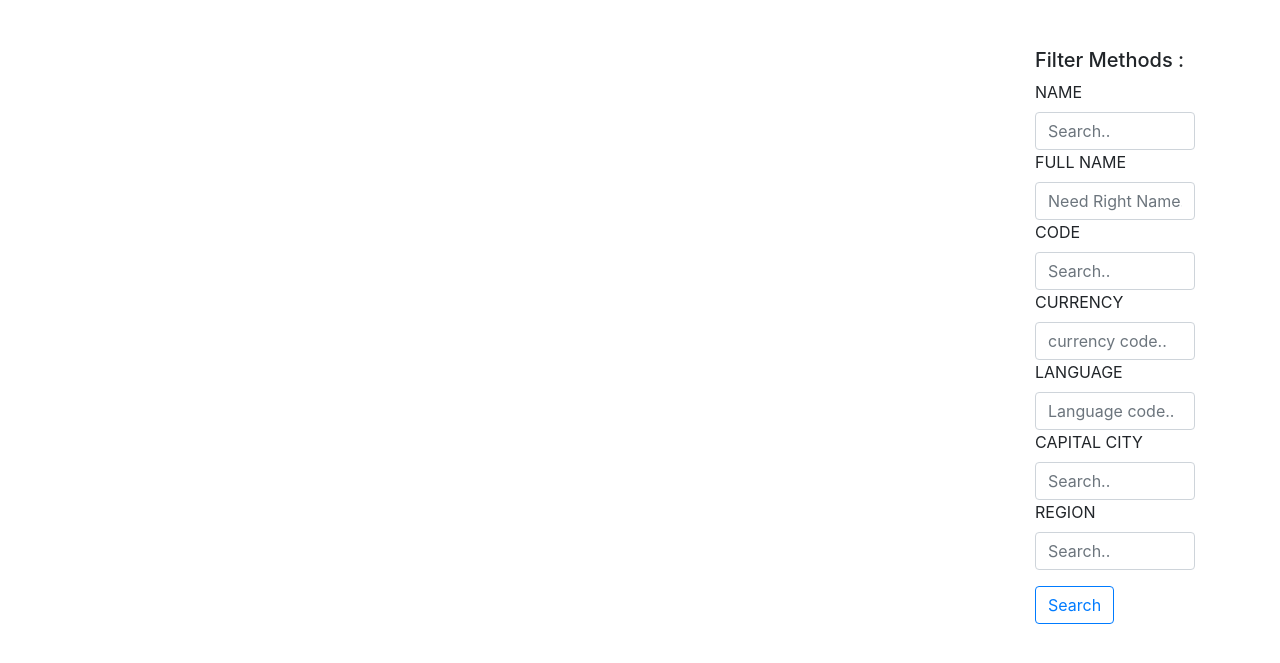
Repository: mdtahsinamin/react-intensip-task
Page: /home
An editor plug-in stored every save of this project. The page is shown before and after the next save, followed by the edit.
The browser window is 1280 px wide. The pictures show the whole page.
The page's requests for data from a server got no answer. The project was rebuilt for these pictures with package versions that can differ from the ones it lists, and the page was loaded fresh each time. No one was signed in, and anything a server would have sent is missing. Also part of the build but not shown: src/components/Home/Countries.js.

Above is the page before, as saved 2021-01-23 00:53:26.

### src/index.js
import React from 'react';
import ReactDOM from 'react-dom';
import './index.css';
import App from './App';
import reportWebVitals from './reportWebVitals';
import 'bootstrap/dist/css/bootstrap.min.css';
ReactDOM.render(
  <>
  <React.StrictMode>
    <App />
  </React.StrictMode>
  </>,
  document.getElementById('root')
);

// If you want to start measuring performance in your app, pass a function
// to log results (for example: reportWebVitals(console.log))
// or send to an analytics endpoint. Learn more: https://bit.ly/CRA-vitals
reportWebVitals();

### src/App.js
import {lazy, Suspense} from "react";
import {
  BrowserRouter as Router,
  Switch,
  Route,
} from "react-router-dom";

function App() {
  return (
  <>
    <Suspense fallback={<div>Loading...</div>}>
       <Router>
          <Switch>
              <Route path='/home'
              component={
                 lazy(()=>import("./components/Home/Home"))
              }/>
              <Route exact path='/'
              component={
                 lazy(()=>import("./components/Home/Home"))
              }/>
          </Switch>
      </Router>
    </Suspense>
  </>
  );
}

export default App;

### src/components/Home/Home.js
import React, {useEffect, useState} from 'react';
import { Button, Col, Container, Row } from 'react-bootstrap';
import Countries from './Countries';
import axios from 'axios';
const Home = () => {
    const [countries,setCountries] = useState([]);
    const [filterCountries,setFilterCountries] = useState([]);
    const[search,setSearch] = useState('');
    const[code,setCode] = useState('');
    const [capital,setCapital] = useState('');
    const [region,setRegion] = useState('');


    // all countries
    useEffect(() =>{
         fetch(`https://restcountries.eu/rest/v2/all`)
         .then(response => response.json())
         .then(data => setCountries(data))
      },[]);

    // partial search
    useEffect(() =>{
        setFilterCountries(
            countries.filter(
                country=> country.name.toLowerCase().includes(search.toLowerCase())
                )
        )
    },[search,countries])

    // capital search
    useEffect(() =>{
        setFilterCountries(
            countries.filter(
                country=> country.capital.toLowerCase().includes(capital.toLowerCase())
                )
        )
    },[capital,countries])

    // region search
    useEffect(() =>{
        setFilterCountries(
            countries.filter(
                country=> country.region.toLowerCase().includes(region.toLowerCase())
                )
        )
    },[region,countries])


    // code
    useEffect(() =>{
        setFilterCountries(
            countries.filter(
                country=> code.length===2 ? country.alpha2Code.toLowerCase().includes(code.toLowerCase()) : country.alpha3Code.toLowerCase().includes(code.toLowerCase())
            )
        )
    },[code,countries])


    const handleChange = async (e) =>{
        if(e.target.name==='currency'){
              if(e.target.value){
                try {
                    const response = await axios.get(`https://restcountries.eu/rest/v2/currency/${e.target.value}
                    `);
                    setFilterCountries(response.data)
                  } catch (error) {
                    setFilterCountries([]);
                  }
              }
        }
        else if(e.target.name==='language'){
            if(e.target.value){
                try {
                    const response = await axios.get(`https://restcountries.eu/rest/v2/lang/${e.target.value}
                    `);
                    setFilterCountries(response.data)
                  } catch (error) {
                    setFilterCountries([]);
                  }
              }
        }
        else if(e.target.name==='fullName'){
            if(e.target.value){
                try {
                    const response = await axios.get(`https://restcountries.eu/rest/v2/name/${e.target.value}?fullText=true
                    `);
                    setFilterCountries(response.data)
                  } catch (error) {
                    setFilterCountries([]);
                  }
            }
        }
    }


    return (
        <Container className='py-5'>
           <Row>
               <Col md={10}>
                   <Row>
                      {
                        filterCountries.map((country,index)=> <Countries
                        key={index}
                        country={country}/>)
                      }
                   </Row>
               </Col>

               <Col md={2}>
               <div>
                 <h5>Filter Methods :</h5>
                <label>NAME</label>
                <input
                    type="text"
                    className="form-control "
                    name="name"
                    placeholder="Search.."
                    onChange={(e)=>setSearch(e.target.value)}
                />
                <label>FULL NAME</label>
                <input
                    type="text"
                    className="form-control "
                    name="fullName"
                    placeholder="Need Right Name.."
                    onChange={handleChange}
                />
                <label>CODE</label>
                <input
                    type="text"
                    className="form-control "
                    name="code"
                    placeholder="Search.."
                    onChange={(e)=>setCode(e.target.value)}
                />
                <label>CURRENCY</label>
                <input
                    type="text"
                    className="form-control "
                    name="currency"
                    placeholder="currency code.."
                    onChange={handleChange}
                />
                <label>LANGUAGE</label>
                <input
                    type="text"
                    className="form-control "
                    name="language"
                    placeholder="Language code.."
                    onChange={handleChange}
                />
                <label>CAPITAL CITY</label>
                <input
                    type="text"
                    className="form-control "
                    name="capital"
                    placeholder="Search.."
                    onChange={(e) => setCapital(e.target.value)}
                />
                <label>REGION</label>
                <input
                    type="text"
                    className="form-control "
                    name="region"
                    placeholder="Search.."
                    onChange={(e)=>setRegion(e.target.value)}
                />
                <Button className="mt-3" variant="outline-primary">Search</Button>
               </div>
               </Col>
           </Row>
        </Container>
    );
};

export default (Home);
/*
 fetch(`https://restcountries.eu/rest/v2/lang/${e.target.value}`).then(response => response.json())
                .then(data =>setFilterCountries(data))
                .then(error=>console.log(error))

*/

Loaded but not shown: public/index.html (common file); src/index.css (common file); src/reportWebVitals.js (common file)

After the next save:
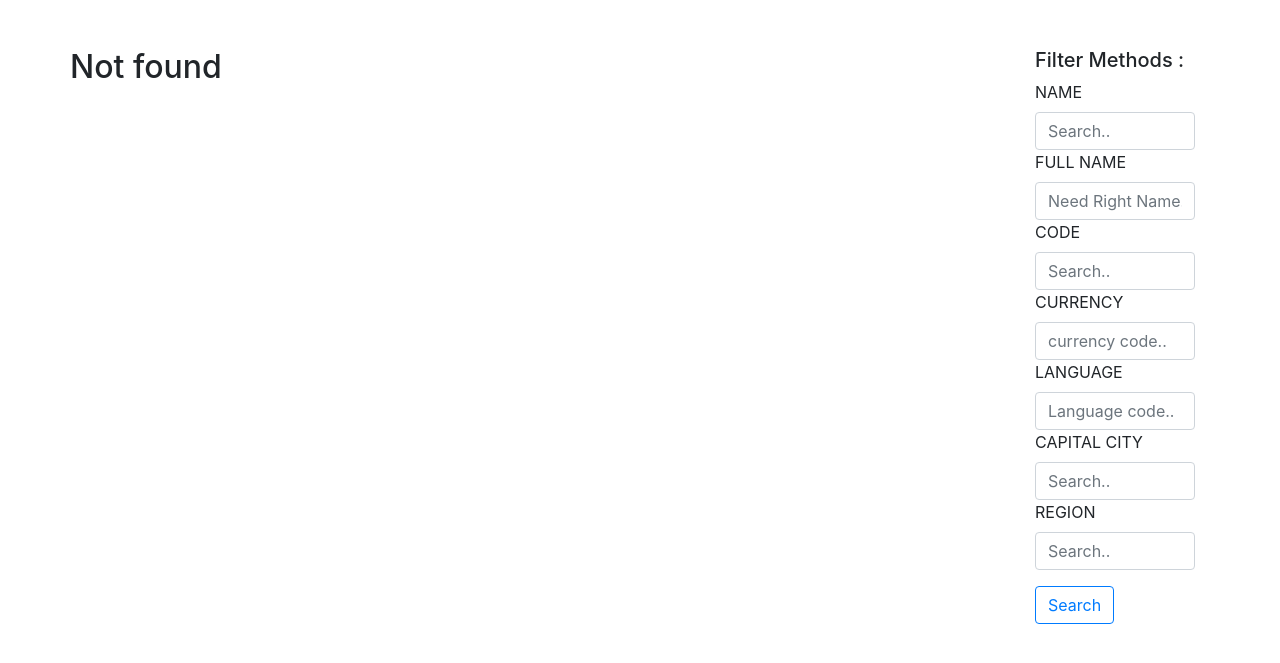
Saved 101 s later.
--- a/src/components/Home/Home.js
+++ b/src/components/Home/Home.js
@@ -99,7 +99,7 @@
                <Col md={10}>
                    <Row>
                       {
-                        filterCountries.map((country,index)=> <Countries
+                        filterCountries.length ===0 ?<h2>Not found</h2>:filterCountries.map((country,index)=> <Countries
                         key={index}
                         country={country}/>)
                       }

After the 3 saves that followed:
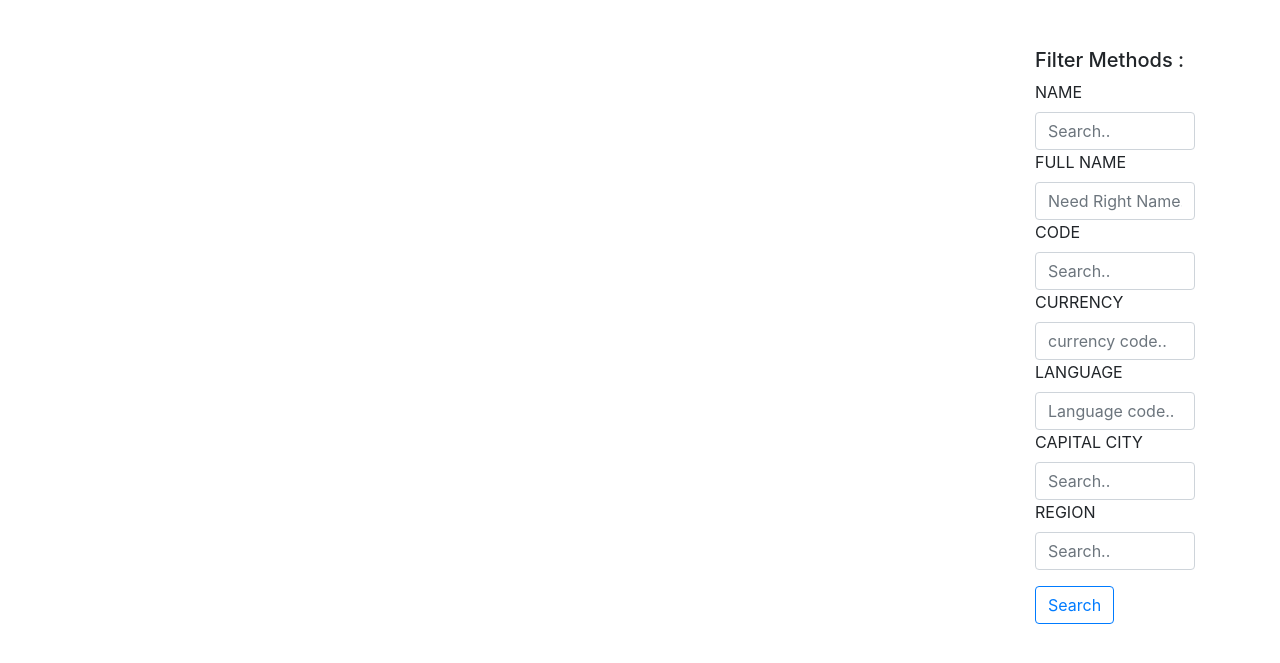
The 3 saves are shown as one change because 2 left the picture as it was.
The last was saved 2 min 58 s later.
--- a/src/components/Home/Home.js
+++ b/src/components/Home/Home.js
@@ -99,7 +99,7 @@
                <Col md={10}>
                    <Row>
                       {
-                        filterCountries.length ===0 ?<h2>Not found</h2>:filterCountries.map((country,index)=> <Countries
+                        filterCountries.map((country,index)=> <Countries
                         key={index}
                         country={country}/>)
                       }
